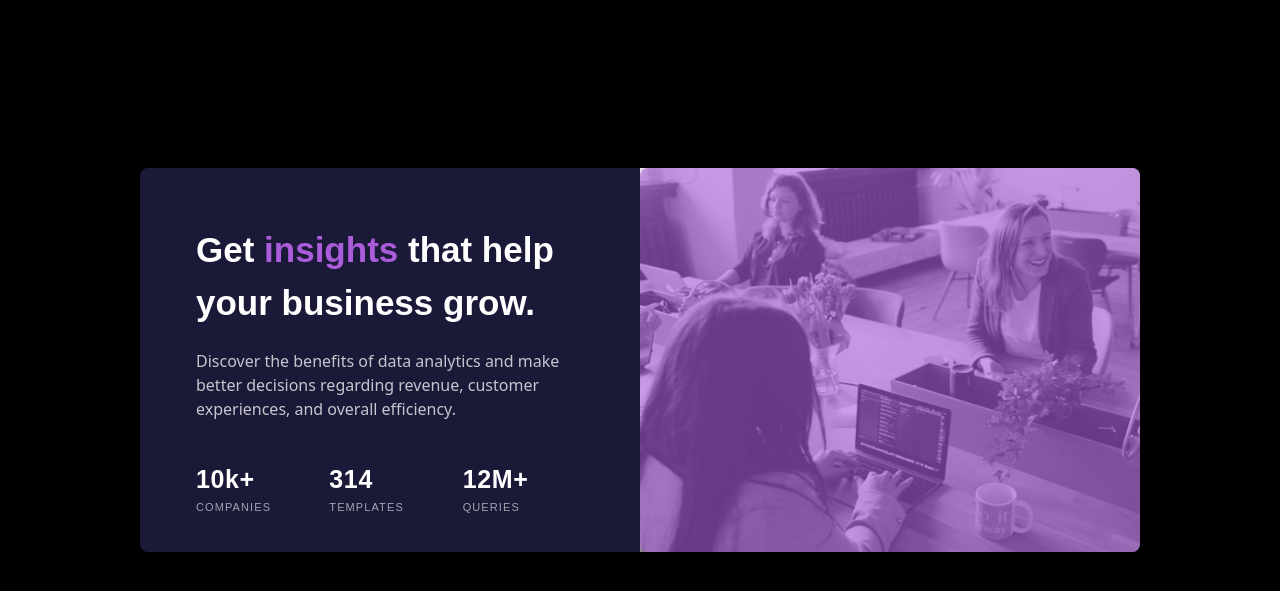
Repository: BerlinWebDev/FrontendMaster_PreviewMentor
Page: /
An editor plug-in stored every save of this project. The page is shown before and after the next save, followed by the edit.
The browser window is 1280 px wide. The pictures show the whole page.
The project was rebuilt for these pictures with package versions that can differ from the ones it lists, and the page was loaded fresh each time.

Above is the page before, as saved 2023-11-11 20:31:21.

After the next save:
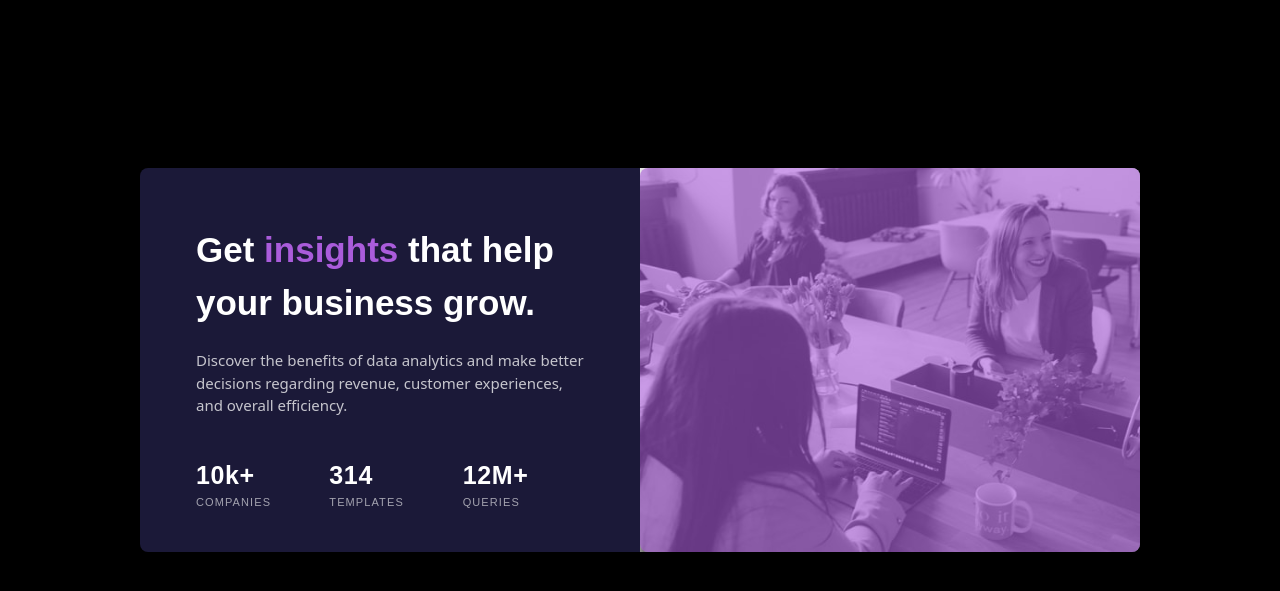
Saved 46 s later.
--- a/src/App.js
+++ b/src/App.js
@@ -19,7 +19,7 @@ function App() {
                 your business grow.
               </div>
               <div className="mt-5">
-                <p className="text-[#ffffffbf] font-Inter">
+                <p className="text-[#ffffffbf] font-Inter text-[15px]">
                   Discover the benefits of data analytics and make better
                   decisions regarding revenue, customer experiences, and overall
                   efficiency.
